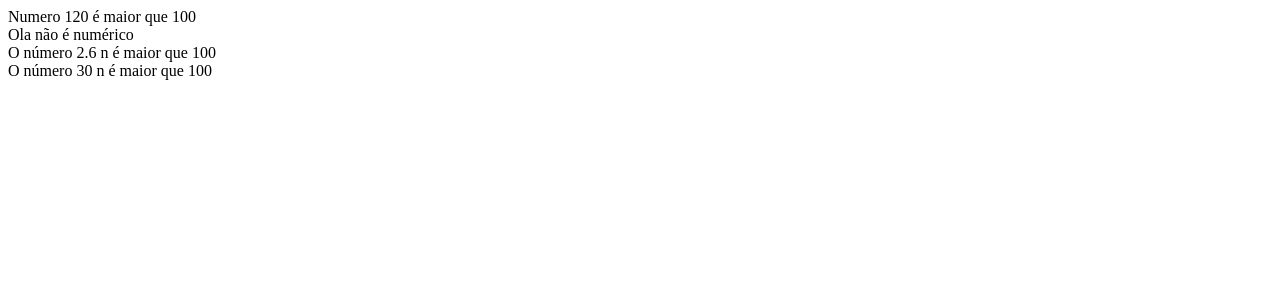
Repository: YuriSarmanho/PHPcourse
Page: http://localhost/6_estruturaControle/9_exercicio25/index.php
An editor plug-in stored every save of this project. The page is shown before and after the next save, followed by the edit.
The browser window is 1280 px wide. The pictures show the whole page.
The page is run by PHP 8.4 with error messages shown; the project is at /var/www/html/.

Above is the page before, as saved 2022-08-06 21:23:05.

### 6_estruturaControle/9_exercicio25/index.php
<?php

function isHighThen100($var)
{
    if (is_int($var) || is_float($var)) {
        $mult = $var * 2;
        // echo $mult;
        if ($mult > 100) {
            echo "Numero $mult é maior que 100 <br>";
        }else{
            echo "O número $mult n é maior que 100 <br>";
        }
    }else{
        echo "$var não é numérico <br>";
    }
}


isHighThen100(60);
isHighThen100("Ola");
isHighThen100(1.3);
isHighThen100(15);

After the next save:
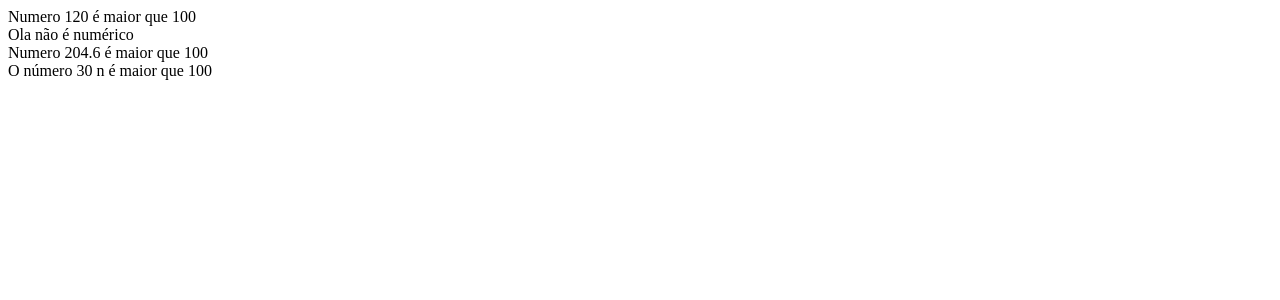
Saved 7 s later.
--- a/6_estruturaControle/9_exercicio25/index.php
+++ b/6_estruturaControle/9_exercicio25/index.php
@@ -18,5 +18,5 @@ function isHighThen100($var)
 
 isHighThen100(60);
 isHighThen100("Ola");
-isHighThen100(1.3);
+isHighThen100(102.3);
 isHighThen100(15);
